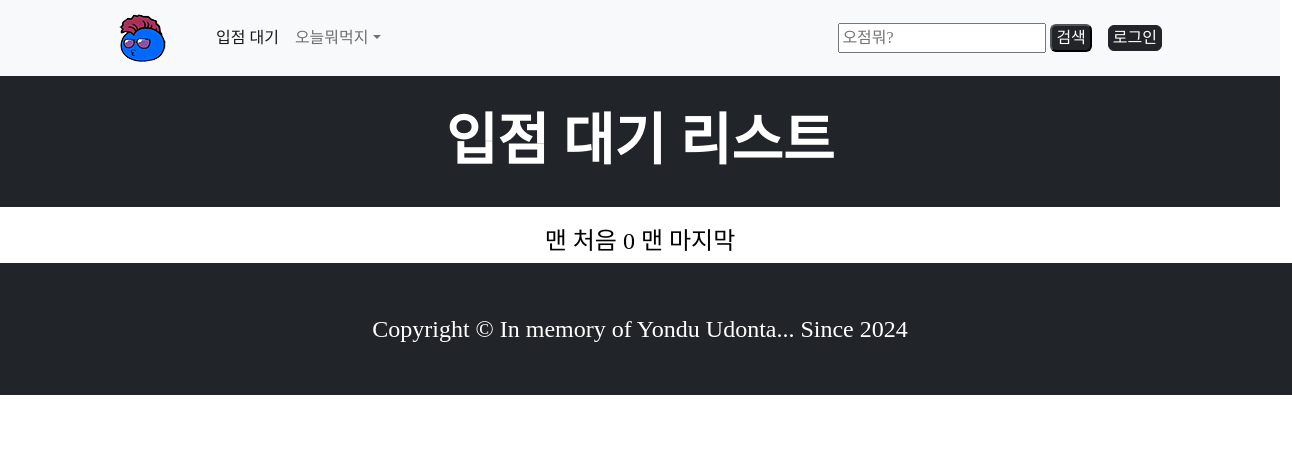
Repository: ashwan94/ydzone
Page: http://localhost/YonduZone/restaurant/vote
An editor plug-in stored every save of this project. The page is shown before and after a run of saves, followed by the edit.
The browser window is 1280 px wide. The page is 1292 px wide, so the pictures cover 1292 px, including what lies to the right of the window. The pictures show the whole page.
Some web fonts or font styles are not loaded; a fallback is used. The page is served by Tomcat 9.

Above is the page before, as saved 2024-05-02 12:55:50.

After the next 2 saves:
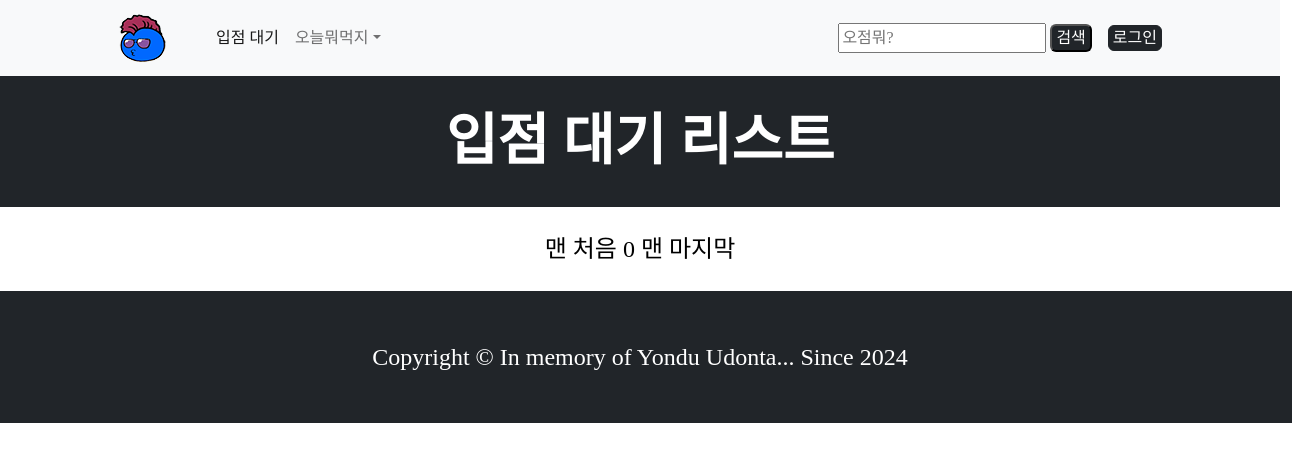
The 2 saves are shown as one change because they came seconds apart.
The last was saved 16 s later.
--- a/YonduZone/src/main/webapp/WEB-INF/views/restaurant/stanby.jsp
+++ b/YonduZone/src/main/webapp/WEB-INF/views/restaurant/stanby.jsp
@@ -150,7 +150,7 @@
 
 <div class="row mb-3 text-center fs-4">
 <div class="col-4"></div>
-<div class="col-4 mt-3 mb-1">
+<div class="col-4 my-4">
 	<!-- 페이지 링크 -->
 	<a href="/restaurant/stanby?currentPageNo=1&userNo=${sessionScope.user.no}">맨 처음</a>
 	<c:if test="${pagination.currentPageNo > 1 }">
